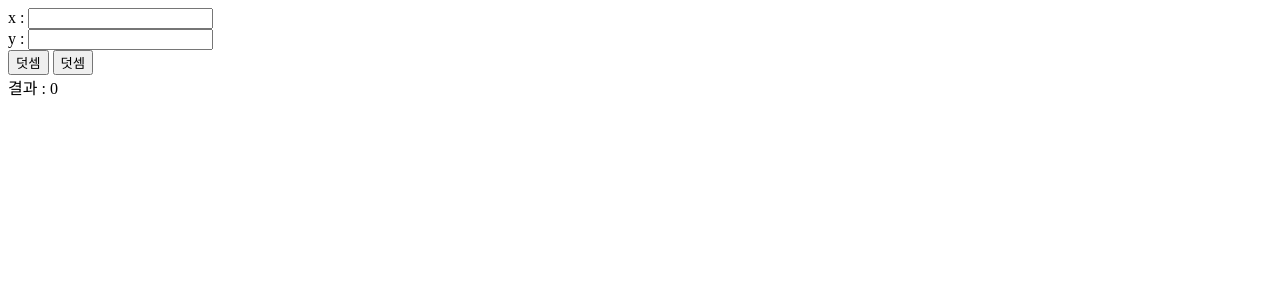
Repository: SongYG77/JSP-Servlet-practice
Page: JSPPrj/WebContent/calc.html
The author's editor kept a copy of each file at every save. The page is drawn from the files as they stood at one save, then again after the next save.
The browser window is 1280 px wide. The pictures show the whole page.

Above is the page before, as saved 2021-01-19 08:16:20.

### JSPPrj/WebContent/calc.html
<!DOCTYPE html>
<html>
<head>
<meta charset="UTF-8">
<title>Insert title here</title>
</head>
<body>
	<form action = "calc" method = "post">
		<div>
			<label>x : </label>
			<input type = "text" name = "x">
		</div>
		<div>
			<label>y : </label>
			<input type = "text" name = "y">
		</div>
		<div>
			<input type="submit" name = "button" value = "덧셈">
			<input type="submit" name = "button" value = "덧셈">
		</div>
		<div>
			결과 : 0
		</div>
	</form>
</body>
</html>

After the next save:
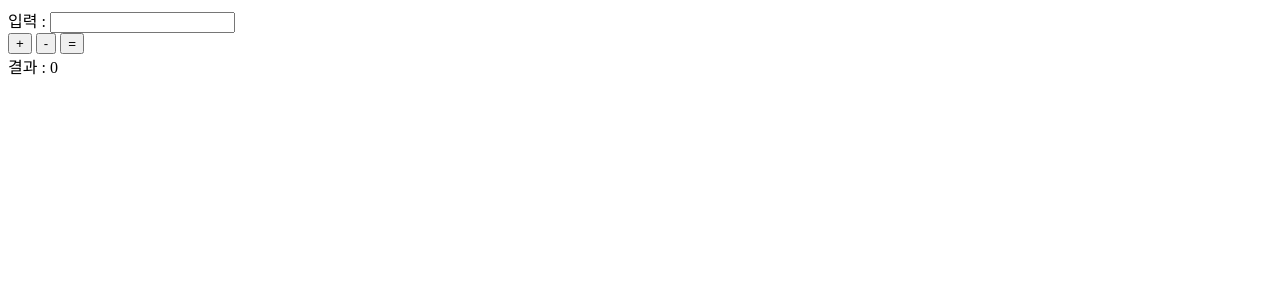
Saved 75 s later.
--- a/JSPPrj/WebContent/calc.html
+++ b/JSPPrj/WebContent/calc.html
@@ -7,16 +7,13 @@
 <body>
 	<form action = "calc" method = "post">
 		<div>
-			<label>x : </label>
-			<input type = "text" name = "x">
+			<label>입력 : </label>
+			<input type = "text" name = "v">
 		</div>
 		<div>
-			<label>y : </label>
-			<input type = "text" name = "y">
-		</div>
-		<div>
-			<input type="submit" name = "button" value = "덧셈">
-			<input type="submit" name = "button" value = "덧셈">
+			<input type="submit" name = "button" value = "+">
+			<input type="submit" name = "button" value = "-">
+			<input type="submit" name = "button" value = "=">
 		</div>
 		<div>
 			결과 : 0
